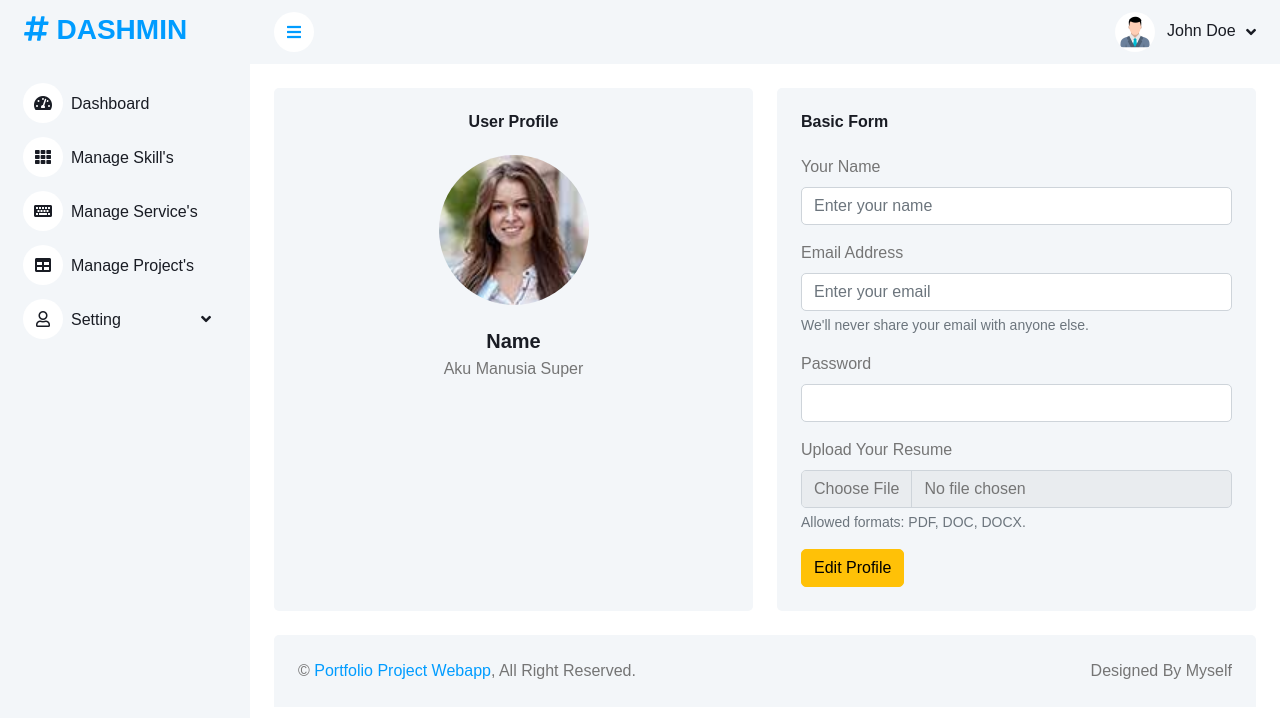
Repository: h4fizm/management-portfolio-project-webapp
Page: http://localhost/profile
These files come from the project's save history. The page is drawn as it stood at one moment and after the next save; the edit follows.
The browser window is 1280 px wide. The pictures show the whole page.
Some web fonts or font styles are not loaded; a fallback is used. Some web libraries are served in a nearby version. The page is served by the project's Laravel application, run on PHP 8.4 with Laravel 12. A made-up administrator, Test User (test@example.com), is signed in.

Above is the page before, as saved 2025-01-15 03:12:05.
Console error: TypeError: Cannot read properties of undefined (reading 'getContext')

After the next save:
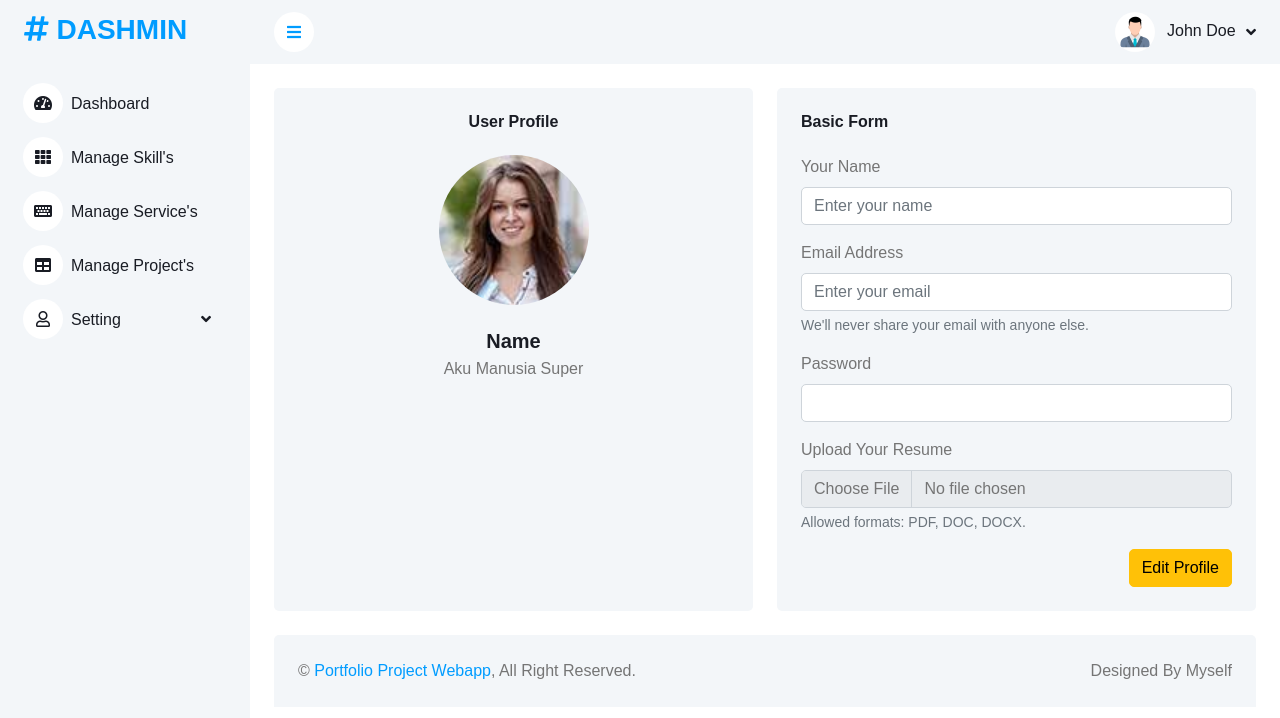
Saved 30 s later.
--- a/resources/views/menu/profile.blade.php
+++ b/resources/views/menu/profile.blade.php
@@ -48,8 +48,10 @@
                         <div id="fileHelp" class="form-text">Allowed formats: PDF, DOC, DOCX.</div>
                     </div>
 
-                    <!-- Submit Button -->
-                    <button type="submit" class="d-flex justify-content-end btn btn-warning">Edit Profile</button>
+                    <!-- Tombol Submit di Pojok Kanan Bawah -->
+                    <div class="d-flex justify-content-end">
+                        <button type="submit" class="btn btn-warning">Edit Profile</button>
+                    </div>
                 </form>
             </div>
         </div>
